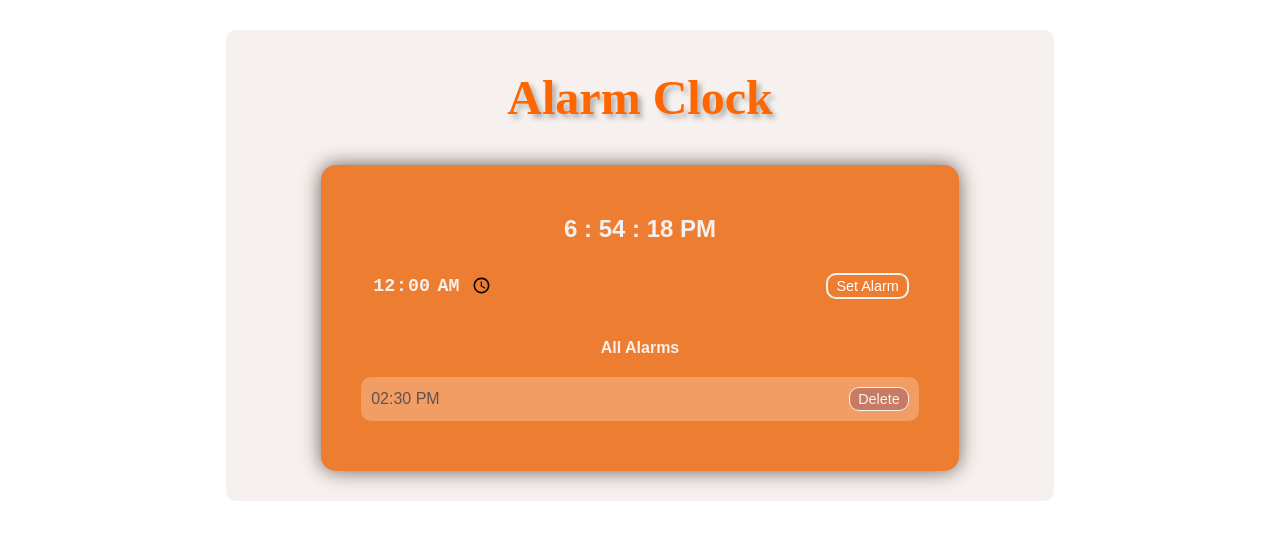
Repository: Pragya016/Alarm-Clock
Page: Index.html
An editor plug-in stored every save of this project. The page is shown before and after the next save, followed by the edit.
The browser window is 1280 px wide. The pictures show the whole page.

Above is the page before, as saved 2024-01-19 22:22:07.

After the next save:
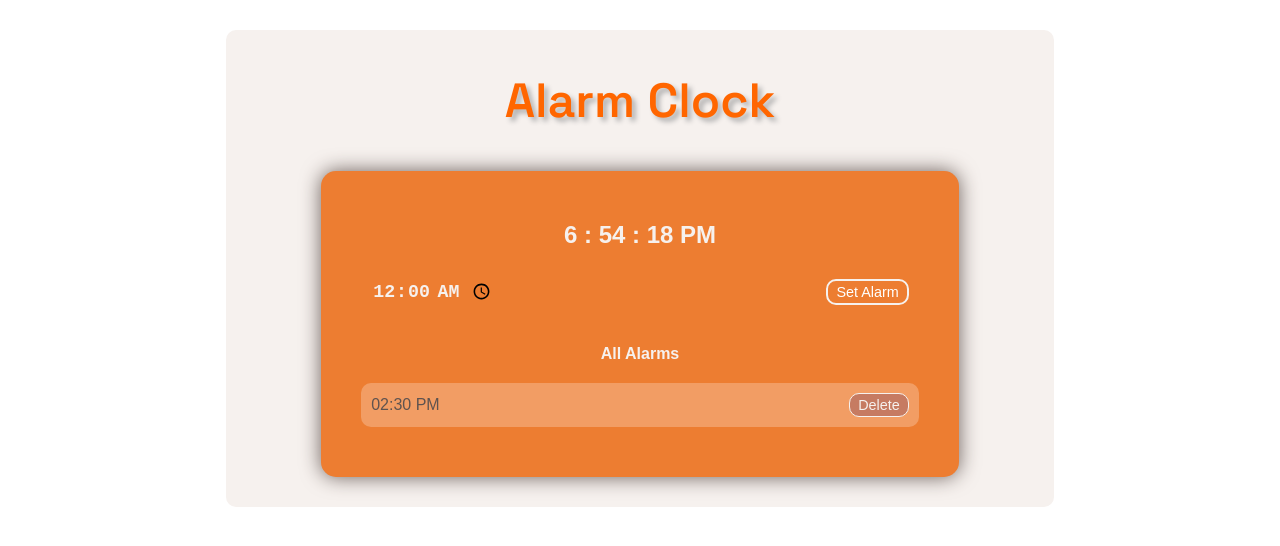
Saved 13 s later.
--- a/styles.css
+++ b/styles.css
@@ -37,6 +37,8 @@
     font-size: 3rem;
     overflow: hidden;
     text-shadow: 4px 4px 5px rgb(179, 178, 178);
+    font-family: 'IBM Plex Mono', monospace;
+font-family: 'Space Grotesk', sans-serif;
 }
 
 /* ----------------------------- */

After the 2 saves that followed:
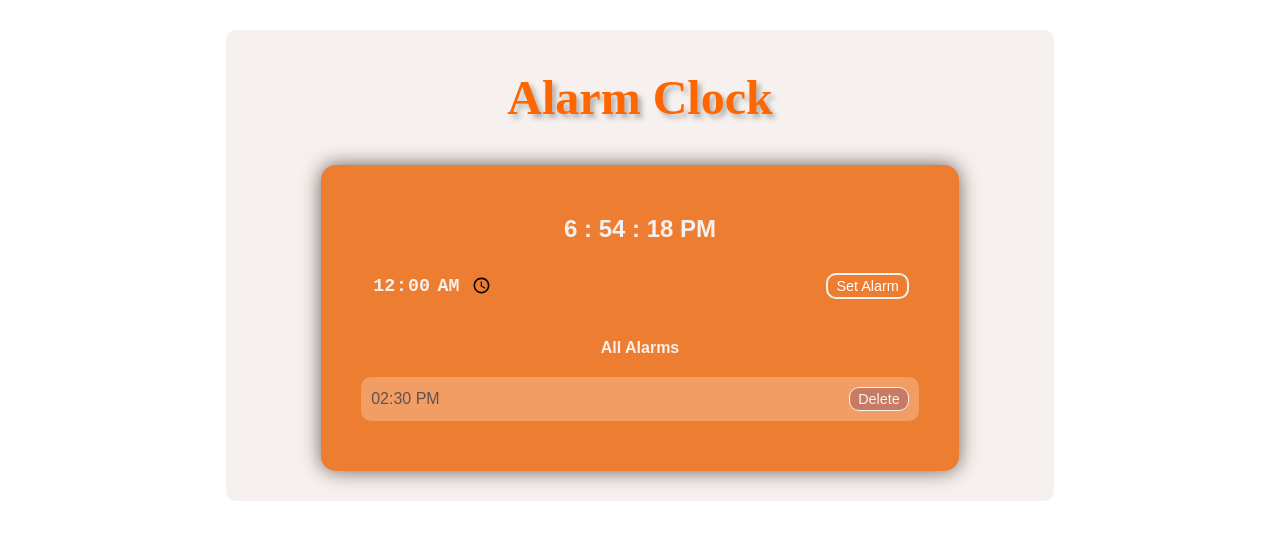
The 2 saves are shown as one change because they came seconds apart.
The last was saved 24 s later.
--- a/styles.css
+++ b/styles.css
@@ -37,8 +37,6 @@
     font-size: 3rem;
     overflow: hidden;
     text-shadow: 4px 4px 5px rgb(179, 178, 178);
-    font-family: 'IBM Plex Mono', monospace;
-font-family: 'Space Grotesk', sans-serif;
 }
 
 /* ----------------------------- */
